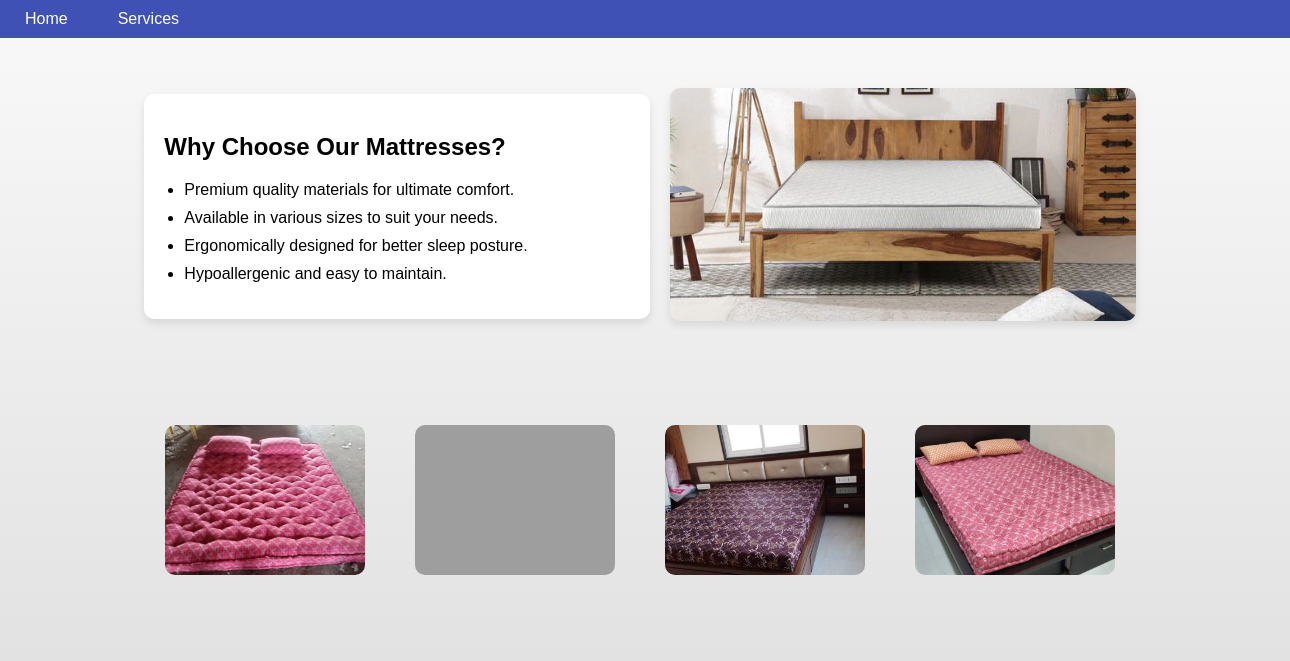
Repository: nadafgroup/rashidgadiUI
Page: src/bed.html
The author's editor kept a copy of each file at every save. The page is drawn from the files as they stood at one save, then again after the next save.
The browser window is 1280 px wide. The page is 1290 px wide, so the pictures cover 1290 px, including what lies to the right of the window. The pictures show the whole page.
Pictures or frames that could not be fetched are drawn as grey boxes.

Above is the page before, as saved 2025-01-25 17:32:14.

### src/bed.html
<!DOCTYPE html>
<html lang="en">
<head>
    <meta charset="UTF-8">
    <meta name="viewport" content="width=device-width, initial-scale=1.0">
    <title>Mattresses</title>
   <link rel="stylesheet" href="./products.css">
</head>
<body>
    <header>


        <div class="nav-right">
            <ul>
                <li><a href="./home.html">Home</a></li>

                <li class="dropdown">
                    <a href="#" class="dropbtn">Services</a>
                    <div class="dropdown-content">
                        <a href="./bed.html">Bed Mattresses</a>
                        <a href="./pillow.html">Pillow Mattresses</a>
                        <a href="./sofa.html">Sofa Mattresses</a>
                        <a href="./repair.html">Mattresses Repair </a>
                        <a href="./rent.html">Mattresses Rent</a>
                        <a href="./furniture.html">Furniture</a>
                    </div>
                </li>

            </ul>
        </div>

    </header>

    <div class="container">
        <div class="info">
            <h2>Why Choose Our Mattresses?</h2>
            <ul>
                <li>Premium quality materials for ultimate comfort.</li>
                <li>Available in various sizes to suit your needs.</li>
                <li>Ergonomically designed for better sleep posture.</li>
                <li>Hypoallergenic and easy to maintain.</li>

            </ul>
        </div>

        <div class="image-container">
            <img src="../../assets/img/Mattresses.jpg" alt="Mattress">
        </div>
    </div>

    <div class="gallery">
        <img src="../assets/img/real img/b-1.jpeg" alt="Gallery Image 1">
        <img src="../assets/img/real img/b-2.jpeg" alt="Gallery Image 2">
        <img src="../assets/img/real img/b-3.jpeg" alt="Gallery Image 3">
        <img src="../assets/img/real img/b-4.jpeg" alt="Gallery Image 4">

    </div>

    <!-- Modal for displaying images in full screen -->
    <div id="imageModal" class="modal">
        <span class="close" id="closeModal">&times;</span>
        <img class="modal-content" id="modalImage" alt="Full-size image">
    </div>
</body>

<script src="./product.js"></script>
</html>

### src/products.css
body{
    margin: 0;
    padding: 0;
    overflow-x: hidden; /* Prevent horizontal scrolling */
    font-family: Arial, sans-serif;
    display: flex;
    flex-direction: column;
    align-items: center;
    background: linear-gradient(to bottom, #f9f9f9, #e0e0e0);
    height: 100vh;
}

header {
    width: 100%;
    padding: 10px;
    display: flex;
    justify-content: space-between;
    align-items: center;
    background-color: #3f51b5;
    color: white;
    font-size: 1rem;
}

.nav-right ul {
    display: flex;
    list-style: none;
    margin: 0;
    padding: 0;
}

.nav-right ul li {
    margin: 0 15px;
}

.nav-right ul li a {
    text-decoration: none;
    color: white;
    padding: 10px;
    transition: 0.3s;
}

.nav-right ul li a:hover {
    background-color: #5c6bc0;
    border-radius: 5px;
}

.nav-right ul li.dropdown {
    position: relative;
}

.nav-right ul li.dropdown:hover .dropdown-content {
    display: block;
}

.nav-right ul li .dropdown-content {
    display: none;
    position: absolute;
    background-color: #3f51b5;
    min-width: 160px;
    z-index: 1;
    border-radius: 5px;
}

.nav-right ul li .dropdown-content a {
    padding: 10px;
    color: white;
    text-decoration: none;
    display: block;
}

.nav-right ul li .dropdown-content a:hover {
    background-color: #5c6bc0;
}

.container {
    display: flex;
    flex-direction: row;
    justify-content: center;
    align-items: center;
    padding: 50px;
    gap: 20px;


}

.info {
    flex: 1;
    padding: 20px;
    background: white;
    border-radius: 10px;
    box-shadow: 0 4px 8px rgba(0, 0, 0, 0.1);
    animation: slideInLeft 1s;
}

.info ul {
    list-style: disc;
    padding-left: 20px;
}

.info ul li {
    margin: 10px 0;
}

.image-container {
    flex: 1;
    animation: slideInRight 1s;
}

.image-container img {
    width: 100%;
    border-radius: 10px;
    box-shadow: 0 4px 8px rgba(0, 0, 0, 0.1);
}

.gallery {
    width: 90%;
    margin: 30px auto;
    display: flex;
    flex-wrap: wrap;
    gap: 10px;
    justify-content: center;
    animation: fadeIn 1.5s;
}

.gallery img {
    width: 200px;
    height: 150px;
    object-fit: cover;
    border-radius: 10px;
    margin: 20px;
    transition: transform 0.3s;
}

.gallery img:hover {
    transform: scale(1.1);
}

/* Modal Styles */
.modal {
    display: none; /* Hidden by default */
    position: fixed;
    z-index: 1; /* Sit on top */
    left: 0;
    top: 0;
    width: 100%; /* Full width */
    height: 100%; /* Full height */
    overflow: auto;
    background-color: rgb(0, 0, 0); /* Black background with opacity */
    background-color: rgba(0, 0, 0, 0.8); /* Transparent black */
    padding-top: 60px;
}

.modal-content {
    margin: auto;
    display: block;
    width: 80%;
    max-width: 700px;
    border-radius: 10px;
}

.close {
    color: #fff;
    font-size: 40px;
    font-weight: bold;
    position: absolute;
    top: 15px;
    right: 35px;
    cursor: pointer;
    transition: 0.3s;
}

.close:hover,
.close:focus {
    color: #f1f1f1;
    text-decoration: none;
    cursor: pointer;
}

@keyframes fadeIn {
    from { opacity: 0; }
    to { opacity: 1; }
}

@keyframes slideInLeft {
    from { transform: translateX(-100%); }
    to { transform: translateX(0); }
}

@keyframes slideInRight {
    from { transform: translateX(100%); }
    to { transform: translateX(0); }
}

### src/product.js

        // Get the modal element
        var modal = document.getElementById("imageModal");
        var modalImg = document.getElementById("modalImage");
        var closeModal = document.getElementById("closeModal");

        // Get all gallery images
        var galleryImages = document.querySelectorAll(".gallery img");

        // Loop through the images and add click event to open in modal
        galleryImages.forEach(function(image) {
            image.onclick = function() {
                modal.style.display = "block";
                modalImg.src = this.src; // Set the clicked image as the modal image
            };
        });

        // Close the modal when user clicks on the close button
        closeModal.onclick = function() {
            modal.style.display = "none";
        };

        // Close the modal when user clicks anywhere outside the modal
        window.onclick = function(event) {
            if (event.target === modal) {
                modal.style.display = "none";
            }
        };

After the next save:
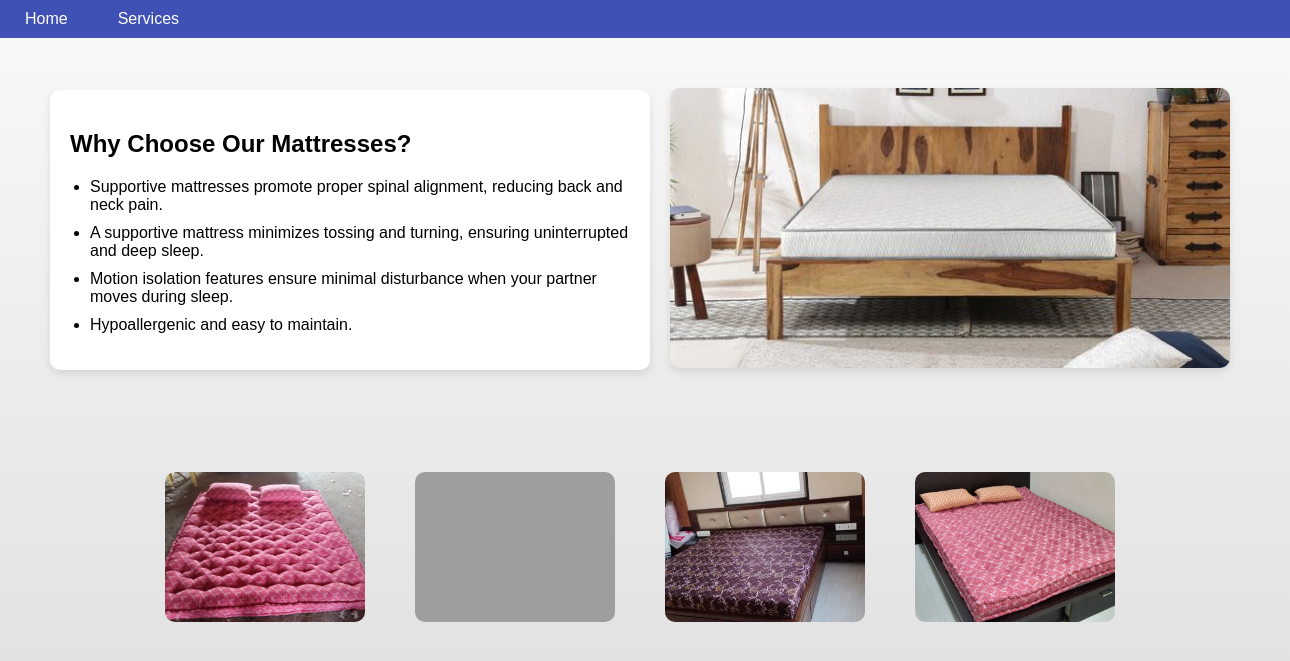
Saved 2 min 23 s later.
--- a/src/bed.html
+++ b/src/bed.html
@@ -35,9 +35,9 @@
         <div class="info">
             <h2>Why Choose Our Mattresses?</h2>
             <ul>
-                <li>Premium quality materials for ultimate comfort.</li>
-                <li>Available in various sizes to suit your needs.</li>
-                <li>Ergonomically designed for better sleep posture.</li>
+                <li>Supportive mattresses promote proper spinal alignment, reducing back and neck pain.</li>
+                <li>A supportive mattress minimizes tossing and turning, ensuring uninterrupted and deep sleep.</li>
+                <li>Motion isolation features ensure minimal disturbance when your partner moves during sleep.</li>
                 <li>Hypoallergenic and easy to maintain.</li>
 
             </ul>
